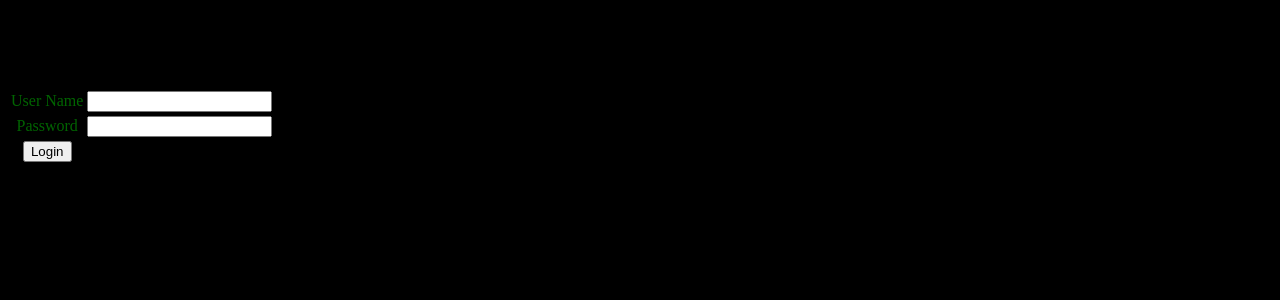
Repository: sultanaNargis03/IndustryReadyJavaSpringBoot
Page: Servlet/workspace/Learningportal/src/main/webapp/login.html
The author's editor kept a copy of each file at every save. The page is drawn from the files as they stood at one save, then again after the next save.
The browser window is 1280 px wide. The pictures show the whole page.

Above is the page before, as saved 2023-12-08 12:26:09.

After the next save:
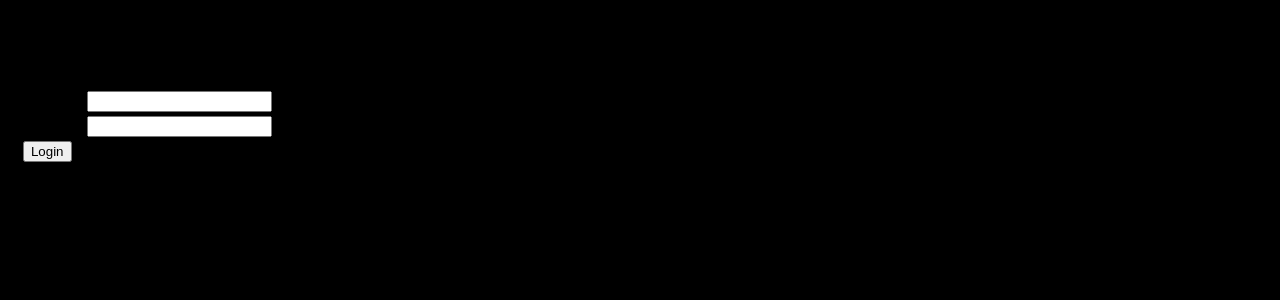
Saved 54 s later.
--- a/Servlet/workspace/Learningportal/src/main/webapp/login.html
+++ b/Servlet/workspace/Learningportal/src/main/webapp/login.html
@@ -7,7 +7,7 @@
 <body style="text-align: center"bgcolor="black">
 <h1 style="color: red"><marquee>Login!!</marquee></h1>
 
-<form action="./login" style="color:darkgreen">
+<form action="./login" move align="center">
 	<table>
 		<tr>
 			<td>User Name</td>
